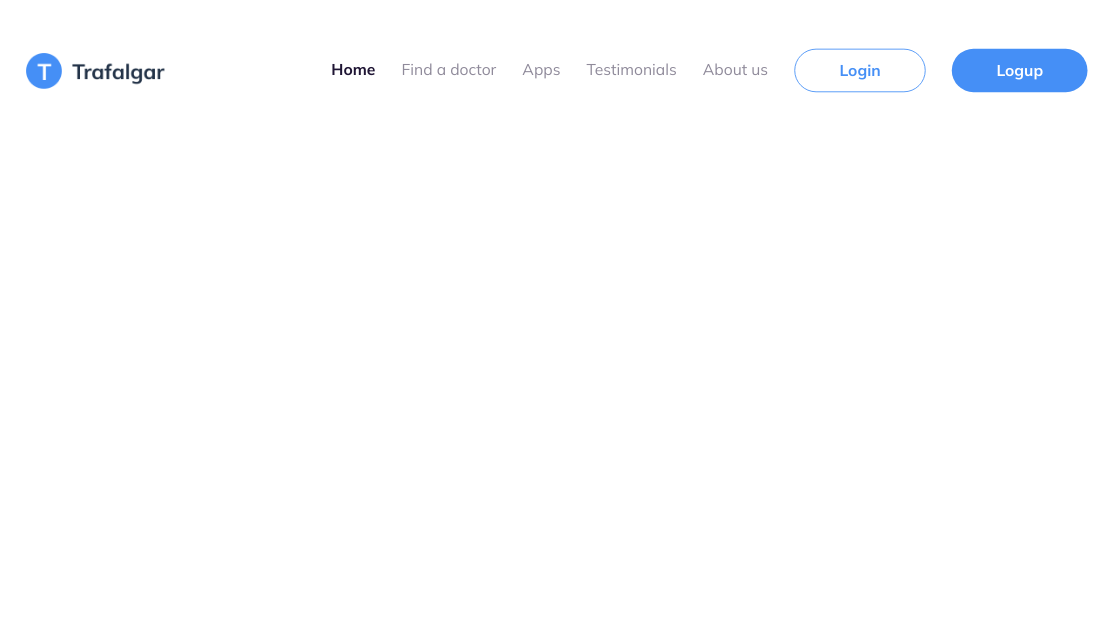
Repository: tungcutte35/Trafalgar
Page: index.html
These files come from the project's save history. The page is drawn as it stood at one moment and after the next save; the edit follows.
The browser window is 1280 px wide. The pictures show the whole page, at 87% of full size.
The style sheet was rebuilt from its Sass, Less or Tailwind sources for each picture, by a compiler version that may differ from the author's.

Above is the page before, as saved 2021-10-17 16:45:16.

After the next save:
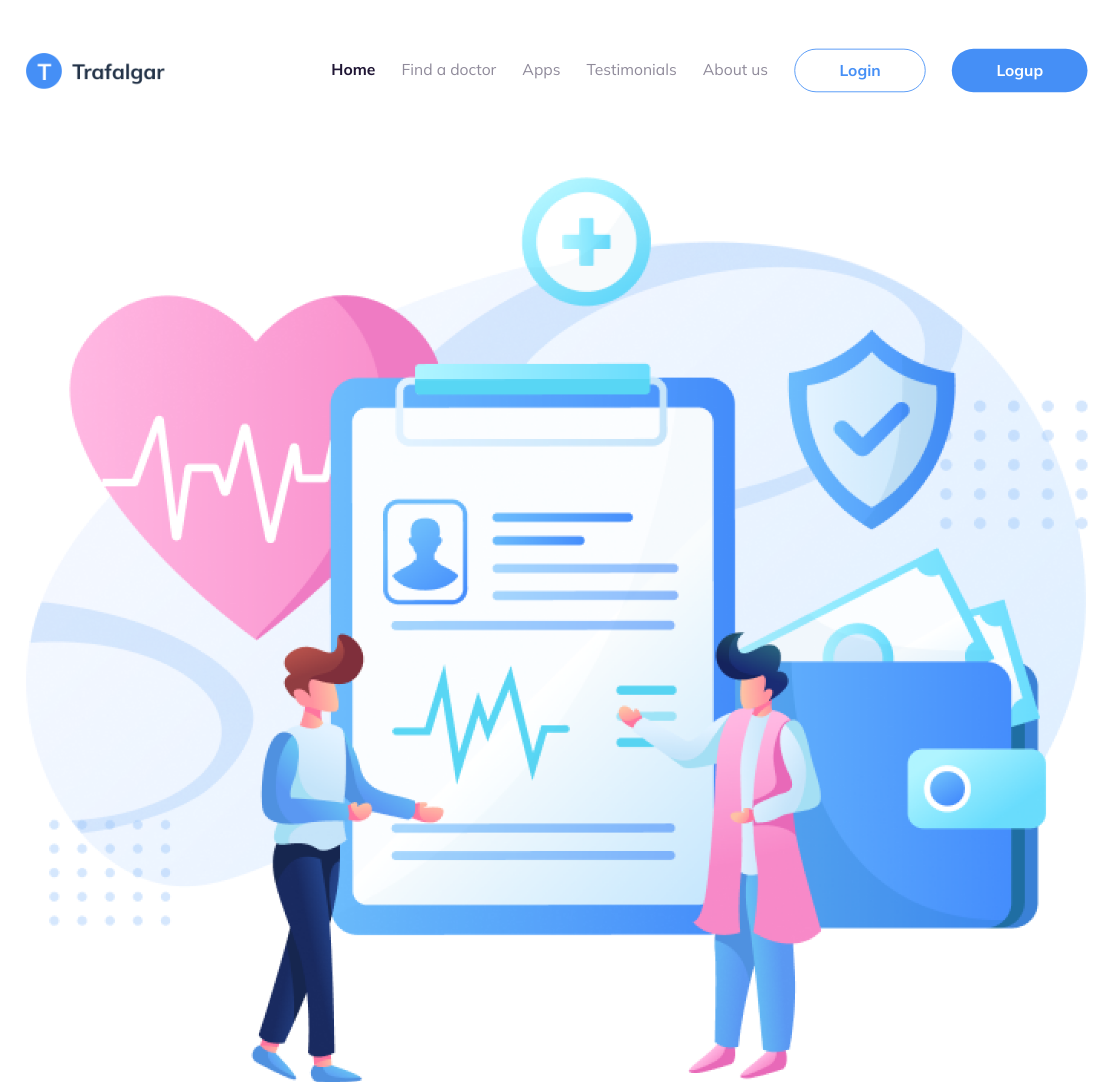
Saved 90 s later.
--- a/index.html
+++ b/index.html
@@ -43,6 +43,18 @@
       </div>
     </div>
     </header>
+    <section class="virtual">
+      <div class="container">
+        <div class="virtual-main">
+          <div class="virtual-firsd">
+
+          </div>
+          <div class="virtual-img">
+            <img src="./Images/img1.png" alt="" class="virtual-imgs">
+          </div>
+        </div>
+      </div>
+    </section>
   </div>
 
 
